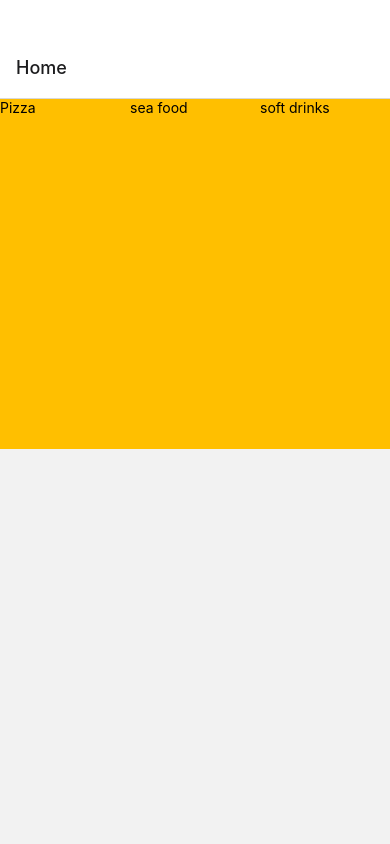
Repository: Esraa22M/ReactNative
Screen: /
These files come from the project's save history. The screen is drawn as it stood at one moment and after the next save; the edit follows.
The app was drawn by React Native's web renderer in a window 390 px wide. The project was rebuilt for these pictures with package versions that can differ from the ones it lists, and the page was loaded fresh each time. Also part of the build but not shown: src/components/header/header.component.js, src/colors/front-screen-colors/user-auth-colors.js, src/components/header/header.styles.js, src/components/textInput/textInput.styles.js, src/components/textInput/textInput.components.jsx, src/components/singup-form-body/singup-form-body.components.js, src/screens/front-screen/Singup/singup-screen.screens.jsx, src/authentication/api/login-info.js and 2 more.

Above is the screen before, as saved 2023-09-21 00:27:29.

After the next save:
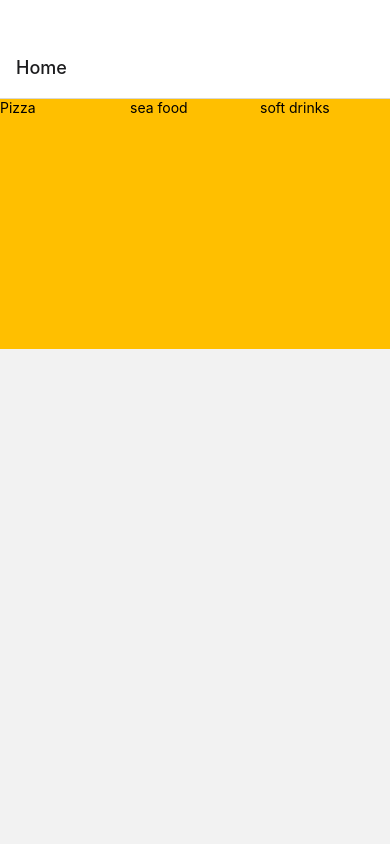
Saved 6 s later.
--- a/src/components/categories/category-item.components.js
+++ b/src/components/categories/category-item.components.js
@@ -10,5 +10,5 @@ export const CategoryItem = ({ item }) => {
   );
 };
 const styles = StyleSheet.create({
-  container: { backgroundColor: "#FFBF00", flex: 1, height: 350 },
+  container: { backgroundColor: "#FFBF00", flex: 1, height: 250 },
 });
